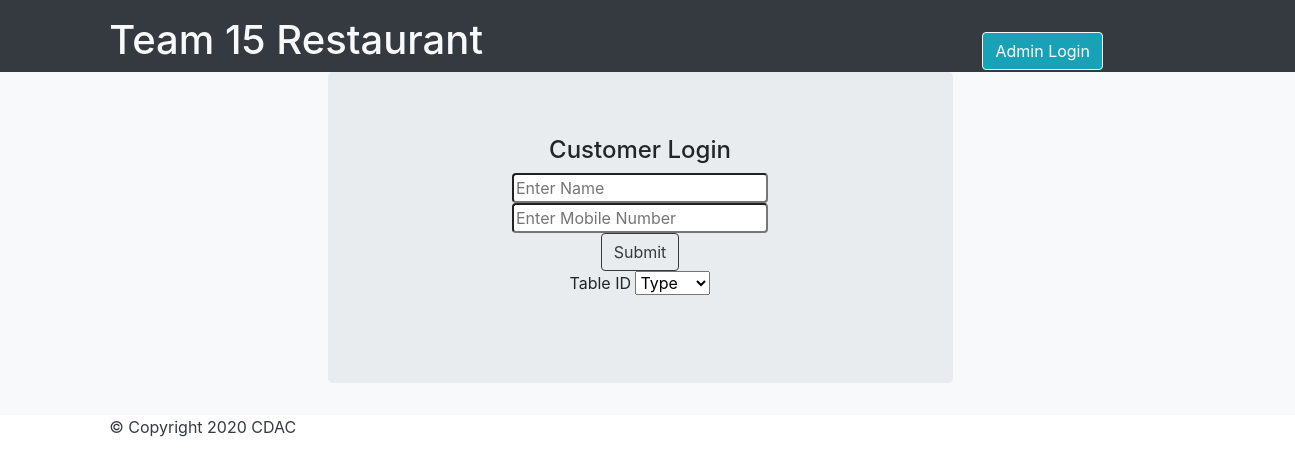
Repository: Pedaxx-IT-solution/E-Waiter-Stuff-
Page: http://localhost/ProjectEwaiter/WEB-INF/views/index1.jsp
An editor plug-in stored every save of this project. The page is shown before and after the next save, followed by the edit.
The browser window is 1280 px wide. The page is 1295 px wide, so the pictures cover 1295 px, including what lies to the right of the window. The pictures show the whole page.
The page is served by Tomcat 9. Nobody is signed in. The template is opened directly, without the code that normally fills it, so the values that code supplies are empty.

Above is the page before, as saved 2020-01-23 18:30:42.

After the next save:
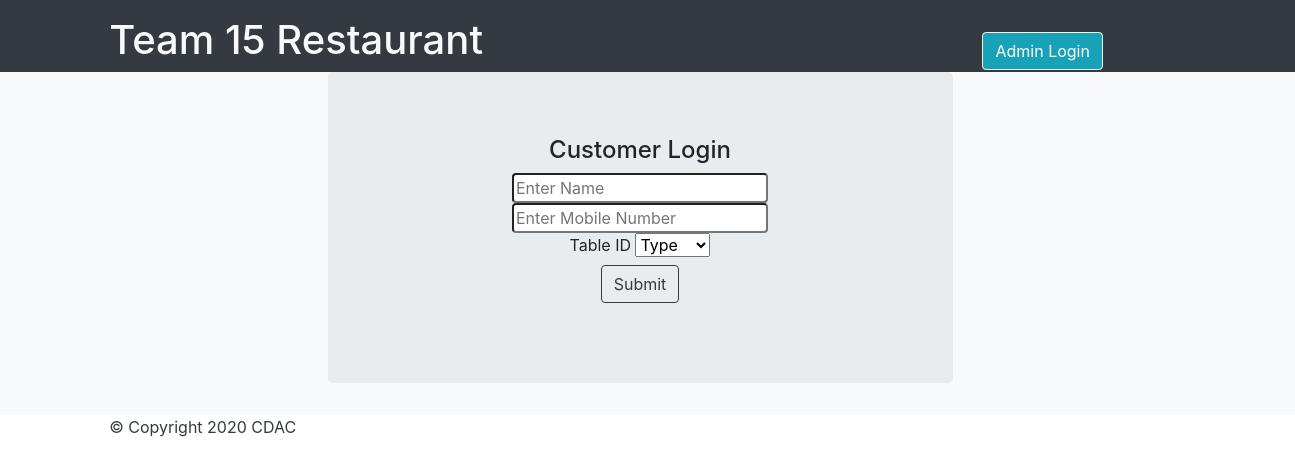
Saved 46 s later.
--- a/MyProject/ProjectEwaiter/src/main/webapp/WEB-INF/views/index1.jsp
+++ b/MyProject/ProjectEwaiter/src/main/webapp/WEB-INF/views/index1.jsp
@@ -66,7 +66,6 @@
 					<form action="custLogin" name="myForm" onsubmit="return Project2()"  method="post">
 						<input type="text" class="rounded" name="name"  placeholder="Enter Name"><br>
 						<input type="text" class=" rounded" name="mobile_no" placeholder="Enter Mobile Number" ><br>
-						<input type="submit" class="btn rounded text-dark border-dark" value="Submit"><br>
 											<p>
 							Table ID <select class="mb-2"
 								name="table_id">
@@ -77,6 +76,8 @@
 								<option value="4">table 4</option>
 								<option value="5">table 5</option>
 							</select> <br>
+						<input type="submit" class="btn rounded text-dark border-dark" value="Submit"><br>
+
 					</form>
 				</div>
 			</div>
